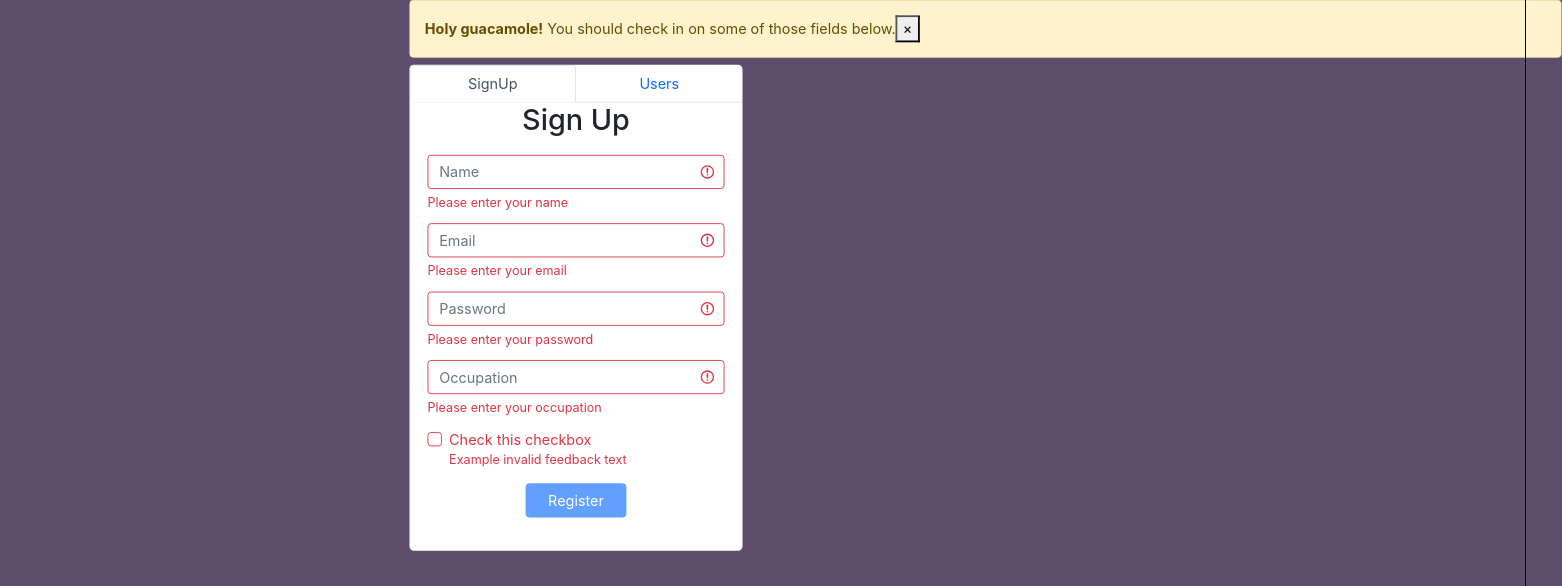
Repository: asadalibest1/SignUp-from
Page: /
An editor plug-in stored every save of this project. The page is shown before and after the next save, followed by the edit.
The browser window is 1280 px wide. The page is 1735 px wide, then 1280 px, then 1735 px, so the pictures cover 1735 px, including what lies to the right of the window. The pictures show the whole page, at 90% of full size.
The project was rebuilt for these pictures with package versions that can differ from the ones it lists, and the page was loaded fresh each time.

Above is the page before, as saved 2021-02-09 16:31:52.

### public/index.html
<!DOCTYPE html>
<html lang="en">
  <head>
    <meta charset="utf-8" />
    <link rel="icon" href="%PUBLIC_URL%/favicon.png" />
    <meta name="viewport" content="width=device-width, initial-scale=1" />
    <meta name="theme-color" content="#000000" />
    <meta
      name="description"
      content="Web site created using create-react-app"
    />
    <link rel="apple-touch-icon" href="%PUBLIC_URL%/logo192.png" />
    <!--
      manifest.json provides metadata used when your web app is installed on a
      user's mobile device or desktop. See https://developers.google.com/web/fundamentals/web-app-manifest/
    -->
    <link rel="manifest" href="%PUBLIC_URL%/manifest.json" />
    <!--
      Notice the use of %PUBLIC_URL% in the tags above.
      It will be replaced with the URL of the `public` folder during the build.
      Only files inside the `public` folder can be referenced from the HTML.

      Unlike "/favicon.ico" or "favicon.ico", "%PUBLIC_URL%/favicon.ico" will
      work correctly both with client-side routing and a non-root public URL.
      Learn how to configure a non-root public URL by running `npm run build`.
    -->
    <!-- Bootstrap -->
    <link href="https://cdn.jsdelivr.net/npm/bootstrap@5.0.0-beta1/dist/css/bootstrap.min.css" rel="stylesheet" integrity="sha384-giJF6kkoqNQ00vy+HMDP7azOuL0xtbfIcaT9wjKHr8RbDVddVHyTfAAsrekwKmP1" crossorigin="anonymous">
    <title>Sign Up</title>
  </head>
  <body>
    <noscript>You need to enable JavaScript to run this app.</noscript>
    <div id="root"></div>
    <!--
      This HTML file is a template.
      If you open it directly in the browser, you will see an empty page.

      You can add webfonts, meta tags, or analytics to this file.
      The build step will place the bundled scripts into the <body> tag.

      To begin the development, run `npm start` or `yarn start`.
      To create a production bundle, use `npm run build` or `yarn build`.
    -->
    <script src="https://cdn.jsdelivr.net/npm/bootstrap@5.0.0-beta1/dist/js/bootstrap.bundle.min.js" integrity="sha384-ygbV9kiqUc6oa4msXn9868pTtWMgiQaeYH7/t7LECLbyPA2x65Kgf80OJFdroafW" crossorigin="anonymous"></script>
  </body>
</html>

### src/index.css
body {
  margin: 0;
  font-family: -apple-system, BlinkMacSystemFont, 'Segoe UI', 'Roboto', 'Oxygen',
    'Ubuntu', 'Cantarell', 'Fira Sans', 'Droid Sans', 'Helvetica Neue',
    sans-serif;
  -webkit-font-smoothing: antialiased;
  -moz-osx-font-smoothing: grayscale;
  background-color: #5D4E6D;
}

code {
  font-family: source-code-pro, Menlo, Monaco, Consolas, 'Courier New',
    monospace;
}

### src/App.js
import React from 'react'
import App1 from "./components/App1/App1"

export default function App() {
  return (
    <div>
      <App1 />
    </div>
  )
}

### src/components/App1/App1.js
import React from 'react'
import Tabs from '../Tabs/Tabs'

export default function App1() {

    // function Chnage() {
    //     document.getElementsByClassName("alertea")[0].style.display = "none";
    // }
    return (
        <div>
            {/* <div class="alertea alert alert-warning alert-dismissible fade show" role="alert">
                <strong>Holy guacamole!</strong> You should check in on some of those fields below.
                        <button type="button" class="close" onClick={Chnage} data-dismiss="alert" aria-label="Close">
                    <span aria-hidden="true">&times;</span>
                </button>
            </div> */}

            <Tabs />
        </div>
    )
}

### src/features/counter/counterSlice.js
import { createSlice } from '@reduxjs/toolkit';
const data = [
  {name: "saad", email: "saad@gmail.com", password: "qwerty", occupation: "petrolium engee"},
  {name: "asad", email: "asad@gmail.com", password: "asdfg", occupation: "wed dev"}
]
export const counterSlice = createSlice({
  name: 'counter',

  initialState: {
    data: data,
    value: 0,
    name: "saad",
  },
  reducers: {
    increment: (state, action) => {
      state.value = action.payload;
    },
    decrement: (state, action) => {
      state.value = action.payload;
    },
    changeName: (state, action) => {
      state.name = action.payload;
    },
    setData: (state, action) => {
      state.data = action.payload;
    },
  },
});


export const { increment, decrement, changeName, setData } = counterSlice.actions;

// The function below is called a thunk and allows us to perform async logic. It
// can be dispatched like a regular action: `dispatch(incrementAsync(10))`. This
// will call the thunk with the `dispatch` function as the first argument. Async
// code can then be executed and other actions can be dispatched

// export const incrementAsync = amount => dispatch => {
//   setTimeout(() => {
//     dispatch(incrementByAmount(amount));
//   }, 1000);
// };

// The function below is called a selector and allows us to select a value from
// the state. Selectors can also be defined inline where they're used instead of
// in the slice file. For example: `useSelector((state) => state.counter.value)`

export const selectCount = state => state.counter.value;
export const name = state => state.counter.name;
export const Data = state => state.counter.data;

export default counterSlice.reducer;

### src/components/Tabs/Tabs.js
import React from 'react'
import SignUp from "../SignUp/SignUp"
import Users from "../Users/Users"
import "./Tabs.css"

export default function Tabs() {
    return (
        <div className="tabs-main">
            <div className="tabs">

                <ul className="nav nav-tabs" id="myTab" role="tablist">
                    <li className="nav-item text-center w-50" role="presentation">
                        <a className="nav-link active" id="signUp-tab" data-bs-toggle="tab" href="#signUp" role="tab" aria-controls="signUp" aria-selected="true">SignUp</a>
                    </li>
                    <li className="nav-item text-center w-50" role="presentation">
                        <a className="nav-link" id="users-tab" data-bs-toggle="tab" href="#users" role="tab" aria-controls="users" aria-selected="false">Users</a>
                    </li>
                </ul>
                <div className="tab-content" id="myTabContent">
                    <div className="tab-pane fade show active" id="signUp" role="tabpanel" aria-labelledby="signUp-tab">
                        <SignUp />
                    </div>
                    <div className="tab-pane fade" id="users" role="tabpanel" aria-labelledby="users-tab">

                        <Users />
                    </div>
                </div>


            </div>
        </div>
    )
}

### src/components/SignUp/SignUp.js
import React from 'react'
import "./SignUp.css"

import { useSelector, useDispatch } from 'react-redux';
import {
  decrement,
  increment,
  selectCount,
  changeName,
  Data,
  setData,
} from '../../features/counter/counterSlice';


export default function SignUp() {

  const count = useSelector(selectCount);
  const dispatch = useDispatch();
  const data = useSelector(Data);

  const [name, setName] = React.useState("");
  const [email, setEmail] = React.useState("");
  const [password, setPassword] = React.useState("");
  const [occupation, setOccupation] = React.useState("");
  const [selectOption, setSelectOption] = React.useState(false);

  var match = null;

  React.useEffect(() => {

    const Button = document.querySelector(".submitButton button");

    if (name === "",
      email === "",
      password === "",
      occupation === "",
      selectOption === false) {

      Button.setAttribute("disabled", "disabled");

    } else {
      Button.removeAttribute("disabled");
    }

  }, [name, email, password, occupation, selectOption])

  function submit(e) {
      e.preventDefault();
    // const checkEmail = /^(([^<>()[\]\\.,;:\s@\"]+(\.[^<>()[\]\\.,;:\s@\"]+)*)|(\".+\"))@((\[[0-9]{1,3}\.[0-9]{1,3}\.[0-9]{1,3}\.[0-9]{1,3}\])|(([a-zA-Z\-0-9]+\.)+[a-zA-Z]{2,}))$/;
    // if (checkEmail.test(email) === true){
      for (let i = 0; i < data.length; i++) {

        if (data[i].email === email) {
          match = true;
          break;
        } else {
          match = false;
        }
      }
// }

    if (match === false){

      dispatch(setData([...data, {name, email, password, occupation}]))

    }if (match === true){
      alert("Email already taken!")
    }
  }

  return (
    <div className="SignUp">


<div class="alertea alert alert-warning alert-dismissible fade show" role="alert" style={{position: "absolute", top: "0", width: "100%"}}>
                <strong>Holy guacamole!</strong> You should check in on some of those fields below.
                        <button type="button" class="close" data-dismiss="alert" aria-label="Close">
                    <span aria-hidden="true">&times;</span>
                </button>
            </div>


      <h2 className="text-center">Sign Up</h2>

      <form className="was-validated">

        <div className="mb-3">
          <input type="name" className="form-control" id="validationInput" onChange={(e) => setName(e.target.value)} placeholder="Name" required />
          <div className="invalid-feedback">
            Please enter your name
    </div>
        </div>

        <div className="mb-3">
          <input type="email" className="form-control" id="validationInput" onChange={(e) => setEmail(e.target.value)} placeholder="Email" required />
          <div className="invalid-feedback emailerr">
            Please enter your email
    </div>
        </div>

        <div className="mb-3">
          <input type="password" className="form-control" id="validationInput" onChange={(e) => setPassword(e.target.value)} placeholder="Password" required />
          <div className="invalid-feedback">
            Please enter your password
    </div>
        </div>

        <div className="mb-3">
          <input type="text" className="form-control" id="validationInput" onChange={(e) => setOccupation(e.target.value)} placeholder="Occupation" required />
          <div className="invalid-feedback">
            Please enter your occupation
    </div>
        </div>


        <div className="radioButton form-check mb-3">
          <input type="checkbox" className="form-check-input" onClick={() => setSelectOption(!selectOption)} id="validationFormCheck1" required />
          <label className="form-check-label" for="validationFormCheck1">Check this checkbox</label>
          <div className="invalid-feedback">Example invalid feedback text</div>
        </div>


        <div className="submitButton mb-3 text-center">
          <button className="btn btn-primary px-4" type="submit"
            onClick={submit}
          >Register</button>
        </div>
      </form>

      {/* <p>{count}</p> */}
      {/* <p>{count}</p>
<button onClick={() => dispatch(increment(count+1))} >increment</button>
<button onClick={() => dispatch(decrement(count-1))} >decrement</button>
<p>{Name}</p>
<button onClick={() => dispatch(changeName("sharif"))} >changeName</button> */}

    </div>
  )
}

### src/components/Users/Users.js
import React from 'react'
import "./Users.css"

import { useSelector, useDispatch } from 'react-redux';

import {
  Data,
} from '../../features/counter/counterSlice';

export default function Users() {

  const data = useSelector(Data);

  return (
    <div className="users">

      <div className="tabpanel" role="tabpanel">
        <div className="panel-coloumn mt-3">
          <div className="list-group" id="myList" role="tablist">

            {
              data.map((item, ind) => {
                return <a className="list-group-item list-group-item-action" data-bs-toggle="list" href={"#target" + ind} role="tab">{item.name}</a>
              })
            }

          </div>
        </div>

        <div className="tab-content">

          {
            data.map((item, ind) => {

              return <div className="tab-pane" id={"target" + ind} role="tabpanel" key={ind}>
                <ul className="list-group list-group-flush">
                  <li className="list-group-item">Name: {item.name}</li>
                  <li className="list-group-item">Email: {item.email}</li>
                  <li className="list-group-item">Password: {item.password}</li>
                  <li className="list-group-item">Occupation: {item.occupation}</li>
                </ul>
              </div>
            })
          }
        </div>
      </div>
    </div>
  )
}

### src/components/Tabs/Tabs.css
.tabs{
    width: 370px;
    height: 75vh;
    background-color: white;
    margin: auto auto;
    margin-top: 10vh;
    border-radius: 5px;
    overflow: hidden;
}

### src/components/SignUp/SignUp.css
.SignUp form{
    margin: 20px;
}
.SignUp form > div{
    /* border: 1px solid black; */
    height: 60px;
}

.SignUp form .radioButton{
    /* border: 1px solid black; */
    height: 45px;
}
.radioButton div{
    /* border: 1px solid black; */
    margin: 0;
}

@media (max-width: 800px) {
    /* .SignUp form{
        margin-top: 3vh;
    } */
    .SignUp h2 {
        margin: 30px auto;
        font-size: 34px;
    }
    .SignUp form > div{
        height: 65px;
    }
    .SignUp form button{
        margin-top: 15px;
    }

}

### src/components/Users/Users.css
.users .tabpanel{
    display: flex;
    flex-direction: row;
    overflow: auto;
}
.users .tabpanel a{
    border-radius: 0;
}

.users .tab-content{
    height: fit-content;
    margin-top: 20px;
    margin-left: 20px;
}

.panel-coloumn{
    border-right: 1px solid rgb(240, 223, 223);
    height: 500px;
    width: 120px;
}

Loaded but not shown: src/index.js (common file); src/app/store.js (common file); src/serviceWorker.js (common file)

After the next save:
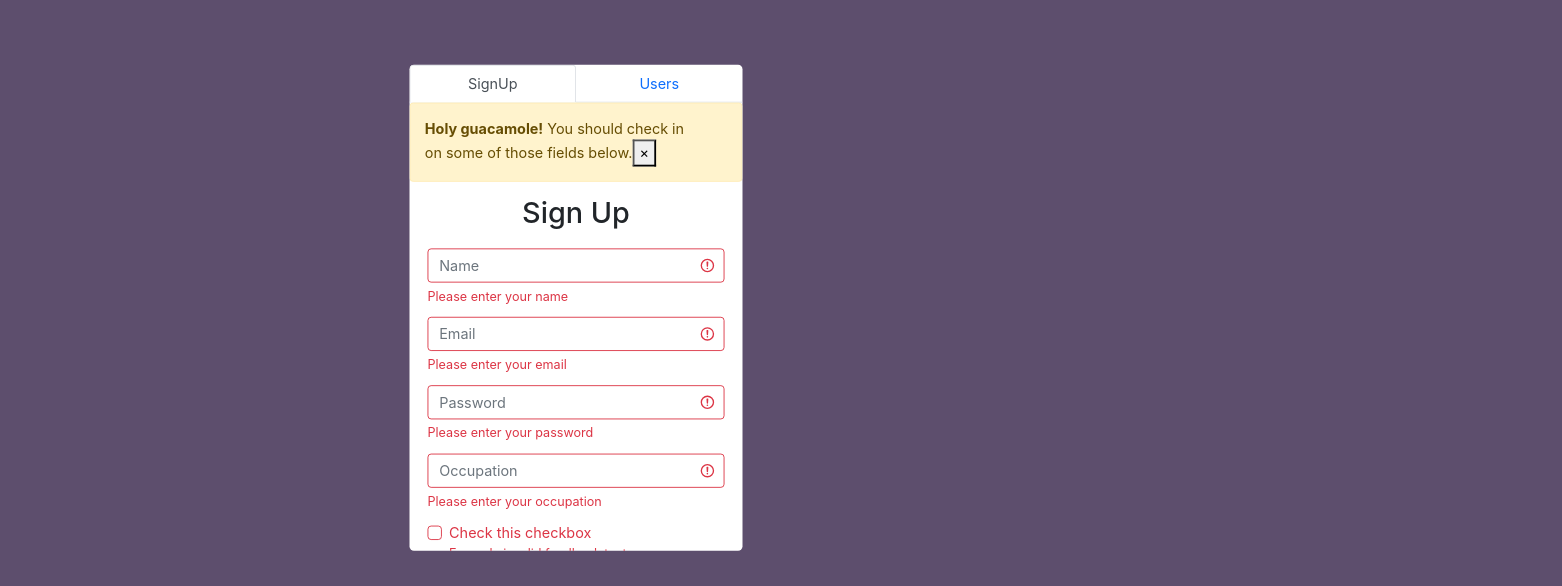
Saved 37 s later.
--- a/src/components/SignUp/SignUp.js
+++ b/src/components/SignUp/SignUp.js
@@ -71,8 +71,7 @@ export default function SignUp() {
   return (
     <div className="SignUp">
 
-
-<div class="alertea alert alert-warning alert-dismissible fade show" role="alert" style={{position: "absolute", top: "0", width: "100%"}}>
+<div class="alertea alert alert-warning alert-dismissible fade show" role="alert" >
                 <strong>Holy guacamole!</strong> You should check in on some of those fields below.
                         <button type="button" class="close" data-dismiss="alert" aria-label="Close">
                     <span aria-hidden="true">&times;</span>

After the save that followed:
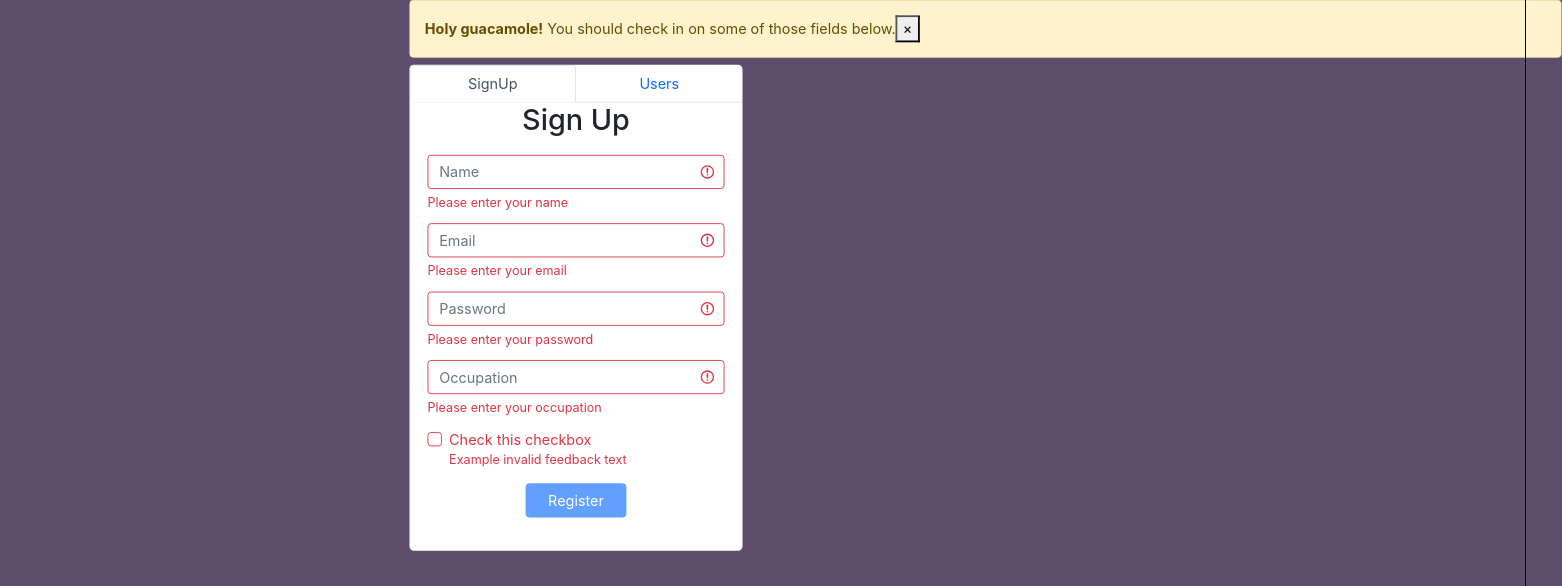
Saved 52 s later.
--- a/src/components/SignUp/SignUp.css
+++ b/src/components/SignUp/SignUp.css
@@ -13,6 +13,12 @@
 .radioButton div{
     /* border: 1px solid black; */
     margin: 0;
+}
+
+.SignUp .alertea {
+    position: absolute;
+    top: 0;
+    width: 100%;
 }
 
 @media (max-width: 800px) {
